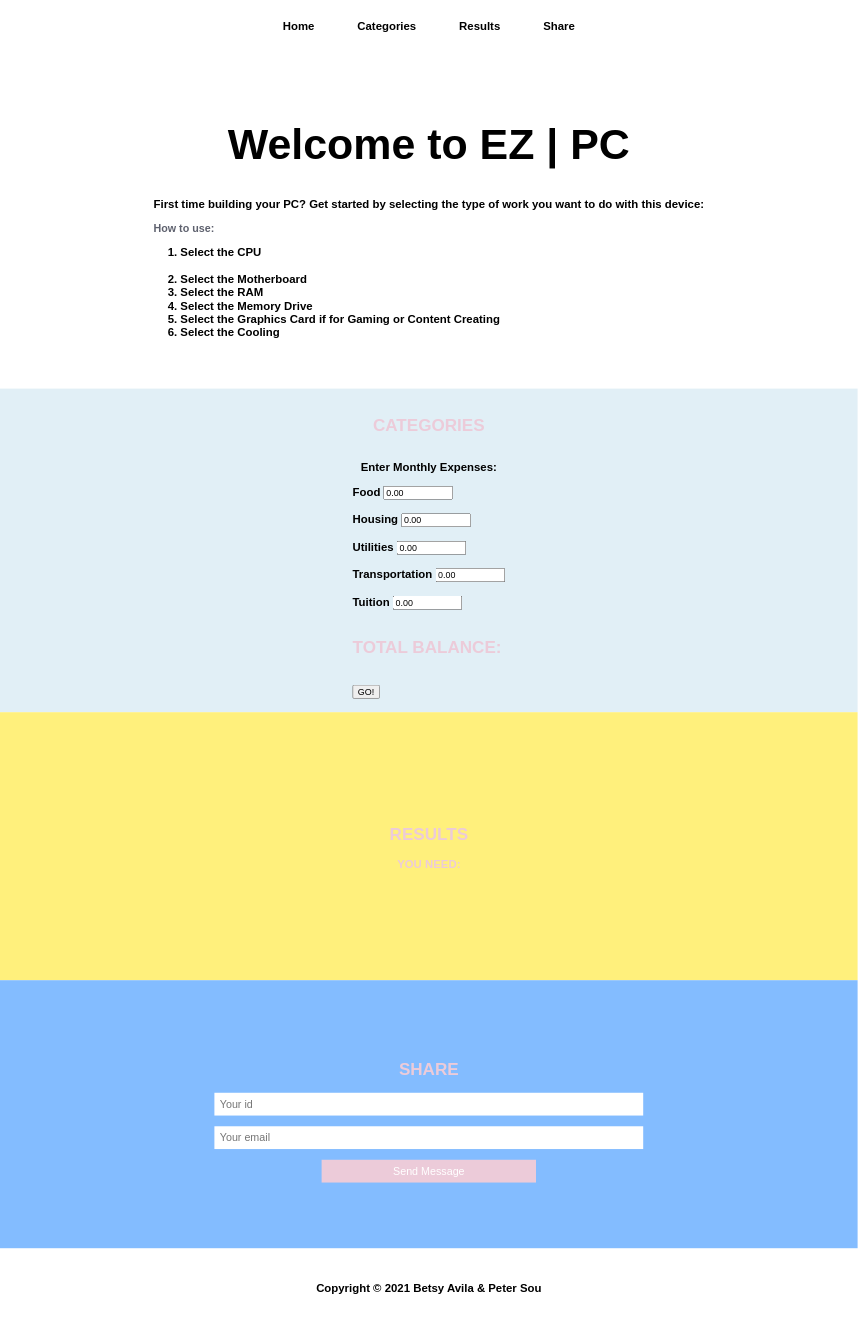
Repository: Peter-Sou/CSE-111-Project-1
Page: http://localhost/
These files come from the project's save history. The page is drawn as it stood at one moment and after the next save; the edit follows.
The browser window is 1280 px wide. The pictures show the whole page, at 67% of full size.
Some web fonts or font styles are not loaded; a fallback is used. The page is served by the project's application, run on Django 3.2 (manage.py). Other server files are loaded and not shown.

Above is the page before, as saved 2021-12-07 18:33:30.

### ezPC/EZPCAPP/templates/EZPCAPP/hi.html
{% load static %}
<!DOCTYPE html>
<html lang="en">
<head>
    <meta charset="UTF-8">
    <title>EZ | PC </title>
    <link rel="preconnect" href="https://fonts.gstatic.com">
    <link href="https://fonts.googleapis.com/css2?family=Josefin+Sans:wght@300&display=swap" rel="stylesheet">
    <!--Resposive meta tag to make this webpage page looking good on mobile browser-->
    <meta id="viewport" content="width=device-width, initial-scale=1.0">

    <link rel="shortcut icon" type="image/png" href="assets/favicon.png" />
    <!--Include styles.css file to this webpage-->
    <link rel="stylesheet" href ="{%static 'css/main.css' %}">
    <!--Include script.js file to this webpage-->
    {% comment %} <script type="module" src="script.js"></script> {% endcomment %}
</head>
<body>
    <nav>
		<a href = "#header">Home</a>
		<a href = '#Categories'>Categories</a>
		<a  href = '#Results'>Results</a>
		<a href = "#Share">Share</a>
    </nav>
    <header id = 'header'>
        <div>
            <h1>Welcome to EZ | PC</h1>
            <p>First time building your PC? Get started by selecting the type of work you want to do with this device: </p>
            <h3>How to use:</h3>
            <ol>
                <li>Select the CPU</li>
                <br>
                <li>Select the Motherboard</li>
                <li>Select the RAM</li>
                <li>Select the Memory Drive</li>
                <li>Select the Graphics Card if for Gaming or Content Creating</li>
                <li>Select the Cooling</li>

                </ol>
        </div>
        {% comment %} <img src="assets/profile_professional.jpg"> {% endcomment %}
	</header>
    <section id = 'Categories'>
	    <h2>Categories</h2>
		<p><strong>Enter Monthly Expenses:</strong> </p>

		<form>
		    <div>
			    <label for = "food">Food</label>
				<input type="number" id= "Food" min="0.00" step="0.01" max="30000" value="0.00" />
			</div>
			<br>
			<div>
			    <label for = "Housing">Housing</label>
				<input type="number" id="Housing" min="0.00" step="0.01" max="30000" value="0.00" />
			</div>
			<br>
			<div>
			    <label for = "Utilities">Utilities</label>
				<input type="number" id= "Utilities" min="0.00" step="0.01" max="30000" value="0.00" />
			</div>
			<br>
			<div>
			    <label for = "Transportation">Transportation</label>
				<input type="number" id= "Transportation" min="0.00" step="0.01" max="30000" value="0.00" />
			</div>
			<br>
			<div>
			    <label for = "Tuition">Tuition</label>
				<input type="number" id = "Tuition" min="0.00" step="0.01" max="30000" value="0.00" />
			</div>
			<br>
			<div>
			    <h2>Total Balance: </h2>
				<h2 id = "total"></h2>
            </div>
			<br>
            <button onclick = "CalcSum()">GO!</button>
		</form>

		</section>
		<section id = 'Results'>
			<div>
				<h2>Results</h2>
				<p id = "total">You need: </p>
			</div>
		</section>
		<section id = 'Share'>
			<h2>Share</h2>
			<form action = '/survey/checkout' method = 'post' enctype= "multipart/form-data">
				<input type="id" placeholder='Your id' required>
				<input type="email" placeholder='Your email' required>
				<button>Send Message</button>
				<input type='hidden' id='redirecturl' value='thankyou.html'>
				<input type='hidden' id='survey' value='Share'>
			</form>
		</section>

		<main></main>
		<footer id = "foot">
			<div>Copyright © 2021 Betsy Avila & Peter Sou</div>
		</footer>
	</body>

</html>

### ezPC/EZPCAPP/views.py
from django.shortcuts import render
from django.http import HttpResponse
def hi(request):
    return render(request,'EZPCAPP/hi.html')

### ezPC/ezPC/urls.py
"""ezPC URL Configuration

The `urlpatterns` list routes URLs to views. For more information please see:
    https://docs.djangoproject.com/en/3.2/topics/http/urls/
Examples:
Function views
    1. Add an import:  from my_app import views
    2. Add a URL to urlpatterns:  path('', views.home, name='home')
Class-based views
    1. Add an import:  from other_app.views import Home
    2. Add a URL to urlpatterns:  path('', Home.as_view(), name='home')
Including another URLconf
    1. Import the include() function: from django.urls import include, path
    2. Add a URL to urlpatterns:  path('blog/', include('blog.urls'))
"""
from django.contrib import admin
from django.urls import path, include


urlpatterns = [
    path('admin/', admin.site.urls),
    path('', include('EZPCAPP.urls'))
]

### ezPC/EZPCAPP/urls.py

from django.urls import path
from . import views

urlpatterns = [
    path('', views.hi, name="home-page"),
]

### ezPC/EZPCAPP/static/css/main.css
*{
	box-sizing: border-box;
}
html{
	scroll-behavior: smooth;
}

body {
	display:flex;
	flex-direction: column;
	align-items:center;
	justify-content:space-between;

	margin:0;
	padding:0;
	min-height:100vh;

	font-family: 'Josefin Sans', sans-serif;/*link href in the head tag*/
	font-size: 17px;
	font-weight:bold;
}

body > * {
	display: flex;
	align-items: center;
	justify-content:center;

}
nav{
	color: black;
	background-color: white;
	height:80px;
	width: 100%;

	max-width:500px;
	justify-content: space-around;
	flex-wrap: wrap;

	position: sticky;
	top:0;
}
/*select all a elements/tags in nav*/
nav a{
	text-decoration: none;
	color: black;
	margin: 0 12px;

}
nav > a{
	margin: 0 10px;
	color: black;
}

a: hover{
	color:#80ffe8;
}

header {
	color:black;
	background-color: white;
	height:500px;
	width:100%;
}
header h1 {
	font-size: 64px;
	text-align: center;
}

header h2 {
	font-size: 40px;
	margin: 0;
	color: #eccbd9;
	/* Make all of the characters to uppercase*/
	text-transform: uppercase;
}

header h3 {
	font-size: 16px;
	margin: 0;
	color: #5E616E;
	text-align:left;
}

header img {
	max-width: 100%;
	height: auto;
	background-color: #fff;
	border-radius: 100%;
	margin-left: 40px;
}

#Categories{
	color:black;
	background-color:#E1EFF6;
	min-height:400px;
	width:100%;
	padding: 20px 0;
	flex-direction: column;

}

#Categories h2{
	color: #eccbd9;
	text-transform:uppercase;
}

#Results{

	color:black;
	background-color:#fff07c;
	min-height:400px;
	width:100%;
	padding: 20px 0;


	display: flex;
	align-items: center;
	justify-content: center;

}
#Results{
	color: #eccbd9;
	text-transform:uppercase;
}

#Results > div{
	max-width:auto;
	width:100%;
	/* padding: top right bottom left */
	padding: 16px 40px 16px 40px;

	/*a in rgba is the alpha channel that specifies the opacity for a color
	background-color: rgba(0, 0, 0, 0.4);*/
	margin:20px 0;
	/* Define the text color in this div box*/
	text-align: center;

}

#Share{
	color:black;
	background-color:#83bcff;
	min-height:400px;
	padding: 20px 0;
	width:100%;
	flex-direction: column; /*keeps the text in the  middle of the colored square*/
}

#Share h2{
	color: #eccbd9;
	text-transform: uppercase;
}

#Share form{
	max-width:640px;
	width:100%;
	display:flex;
	flex-direction: column;
	align-items:center;
}

#Share form >*{
	font-family: 'Josefin Sans', sans-serif;
}

#Share input{
	width:100%;
	font-size: 16px;
	padding: 8px;
	border: none;
	margin-bottom: 16px;

}

#Share textarea{
	width:100%;
	font-size: 16px;
	padding: 8px;
	border: none;
	margin-bottom: 16px;
	height: 120px;
	resize: none;
}

#Share button{
	width: 50%;
	background-color: #eccbd9;
	color:white;
	padding: 8px 16px;
	font-size: 16px;
	border:none;
	cursor:pointer;

}

footer {
	height: 120px;
	display: flex;
	flex-direction: column;
	align-items: center;
	justify-content: center;

}

footer .links{
	display:flex;
	align-items:center;
	justify-content: space-evenly;
	width:120px;
	margin-bottom:8px;

}

footer .links img{
	max-width:100%;
	height:auto;
}

After the next save:
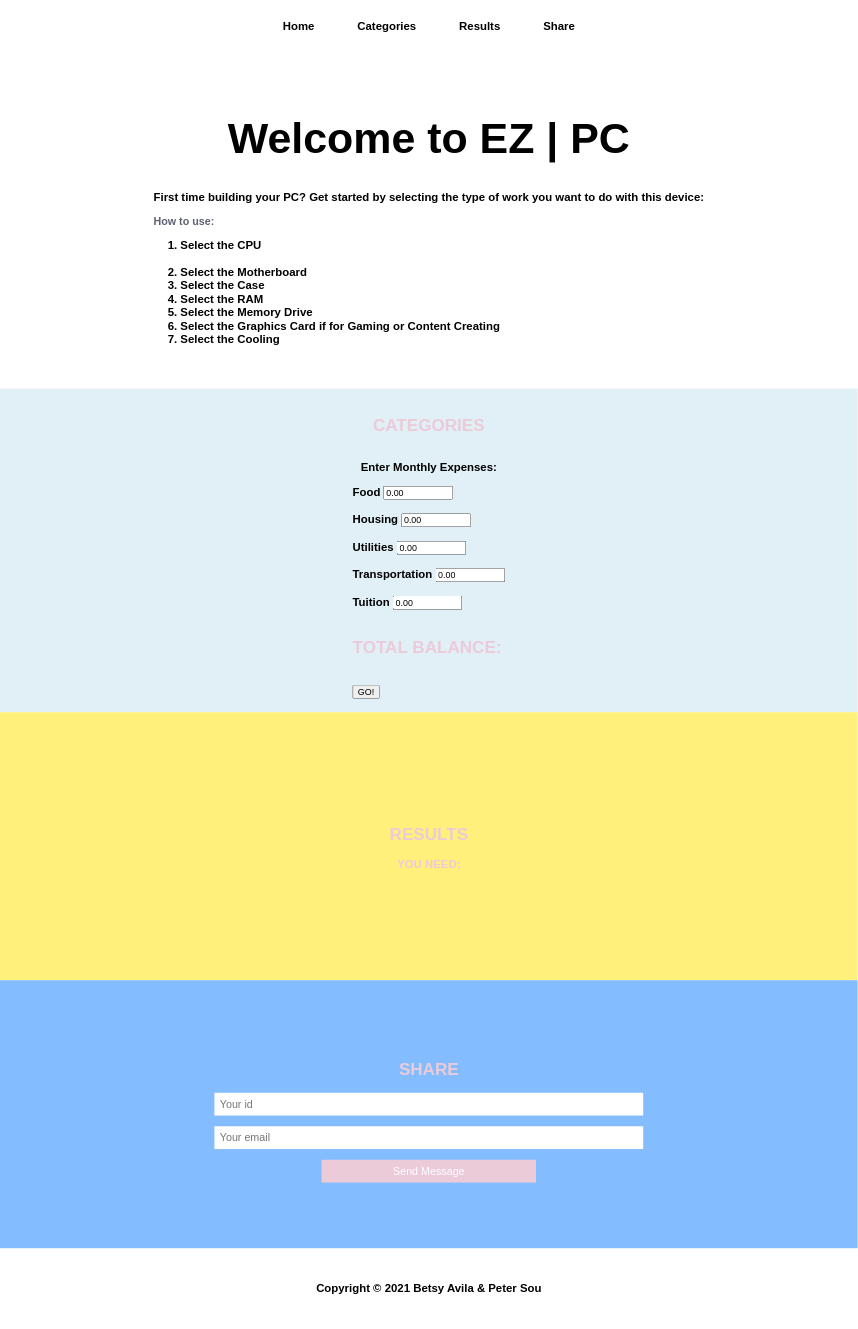
Saved 4 s later.
--- a/ezPC/EZPCAPP/templates/EZPCAPP/hi.html
+++ b/ezPC/EZPCAPP/templates/EZPCAPP/hi.html
@@ -31,6 +31,7 @@
                 <li>Select the CPU</li>
                 <br>
                 <li>Select the Motherboard</li>
+                <li>Select the Case</li>
                 <li>Select the RAM</li>
                 <li>Select the Memory Drive</li>
                 <li>Select the Graphics Card if for Gaming or Content Creating</li>
